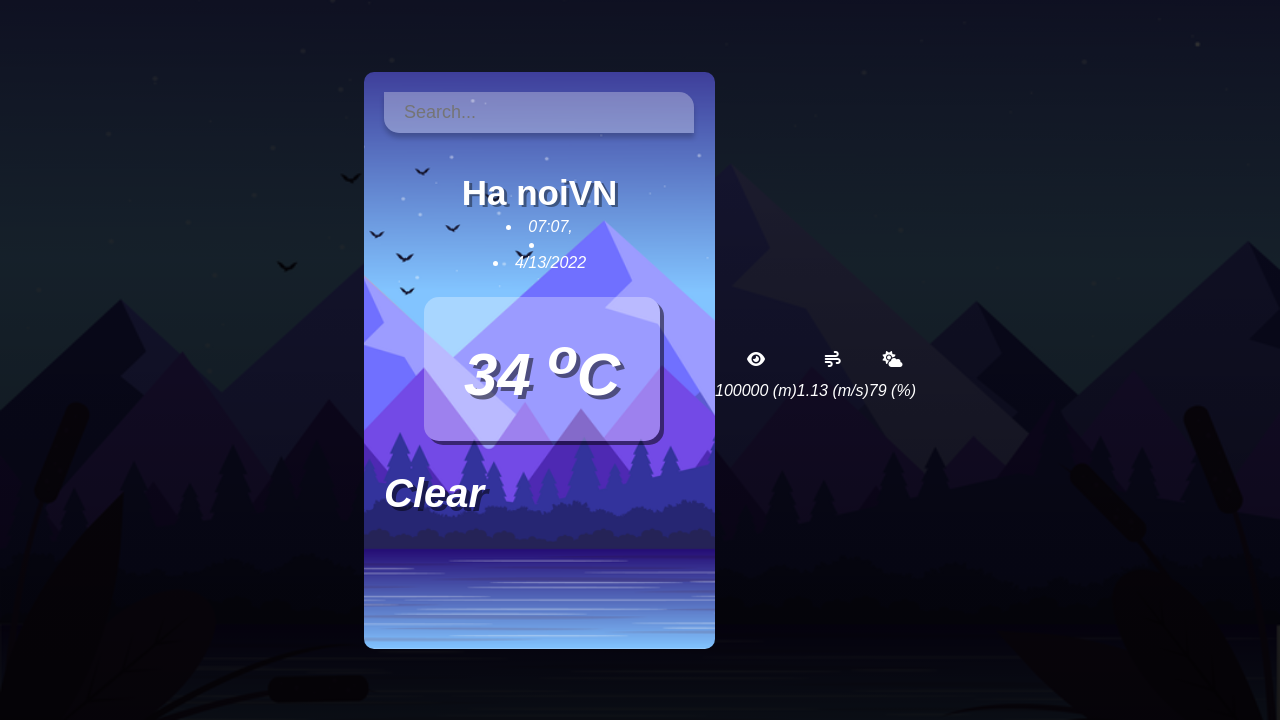
Repository: nganha241/weather-app
Page: index.html
The author's editor kept a copy of each file at every save. The page is drawn from the files as they stood at one save, then again after the next save.
The browser window is 1280 px wide. The pictures show the whole page.
The page's requests for data from a server got no answer. Some web libraries are served in a nearby version.

Above is the page before, as saved 2022-04-14 09:34:04.

### index.html
<!DOCTYPE html>
<html lang="en">
  <head>
    <meta charset="UTF-8" />
    <meta http-equiv="X-UA-Compatible" content="IE=edge" />
    <meta name="viewport" content="width=device-width, initial-scale=1.0" />
    <title>Document</title>
    <link rel="stylesheet" href="./style.css" />
  </head>
  <body>
    <div id="weather">
      <div class="header">
        <input type="text" placeholder="Search..." />
      </div>
      <div class="content">
        <div class="capital">
          <li class="city">Ha noi</li>
          <li class="country">VN</li>
        </div>

       <i class="timedate">
        <li class="time">07:07, <li>
        <li class="date">4/13/2022</li>
       </div>
        <div class="deg">
          <p>34 <sup>o</sup> C</p>
        </div>
        <div class="status">Clear</div>
      </div>
      <div class="footer">
        <div class="detail">
          <div class="distance">
            <div><i class="fa-solid fa-eye"></i></div>
            <div class="value">100000 <span>(m)</span></div>
          </div>
          <div class="speed">
            <div><i class="fa-solid fa-wind"></i></div>
            <div class="value">1.13 <span>(m/s)</span></div>
          </div>
          <div class="humidity">
            <div><i class="fa-solid fa-cloud-sun"></i></div>
            <div class="value">79 <span>(%)</span></div>
          </div>
        </div>
      </div>
    </div>
    <script
      src="https://kit.fontawesome.com/ae971d7ee0.js"
      crossorigin="anonymous"
    ></script>
    <script src="./main.js"></script>
  </body>
</html>

### style.css
* {
    padding: 0;
    margin: 0;
    box-sizing: border-box;
}

body {
    font-family: sans-serif;
    height: 100vh;
    display: flex;
    justify-content: center;
    align-items: center;
    background: linear-gradient(to top, rgba(0, 0, 0, 0.9), rgba(0, 0, 0, 0.8)), url(./img1.png) no-repeat center/cover;
    color: #fff;
}

#weather {
    padding: 20px;
    width: 351px;
    height: 577px;
    border: none;
    border-radius: 10px;
    background: url(./img1.png) no-repeat center/cover;
    position: relative;
}

.header input{
    width: 310px;
    height: 41px;
    border-radius: 0px 15px 0px 15px;
    border: none;
    background: rgba(255, 255, 255, 0.3);
    box-shadow: 0px 5px 5px rgba(0, 0, 0, 0.2);
    outline: none;
    font-size: 18px;
    padding: 0 20px;
    transition: 0.4s;
}

.header input:focus {
    border-radius: 15px 0px 15px 0px;
    background: rgba(255, 255, 255, 0.7);
}

.content {
    margin-top: 40px;
    text-align: center;
}

.capital {
    display: flex;
    justify-content: center;
    font-size: 35px;
    font-weight: 600;
    text-shadow: 3px 2px rgba(0, 0, 0, 0.4);
}

.capital li {
    list-style: none;
}

.time {
    margin-top: 5px;
}

.deg {
    width: 236px;
    height: 144px;
    border-radius: 15px;
    background: rgba(255, 255, 255, 0.3);
    box-shadow: 4px 4px rgba(0, 0, 0, 0.5);
    display: flex;
    justify-content: center;
    align-items: center;
    margin-top: 25px;
    margin-left: 40px;
}

.deg p {
    font-size: 60px;
    font-weight: 800;
    text-shadow: 4px 4px rgba(0, 0, 0, 0.5) ;
}

.deg p sup {
    margin-right: -18px;
}

.status {
    margin-top: 30px;
    font-size: 40px;
    font-weight: 700;
    text-shadow: 4px 4px rgba(0, 0, 0, 0.5) ;
}

.footer {
    margin-top: 30px;
}

.detail {
    display: flex;
    justify-content: space-between;
    align-items: center;
    text-align: center;
}

.detail .fa-solid {
   padding-bottom: 15px;
}

### main.js
const search = document.querySelector("input");
const city = document.querySelector(".city");
const country = document.querySelector(".country");
const deg = document.querySelector(".deg p");
const status = document.querySelector(".status");
const distance = document.querySelector(".distance value");
const speed = document.querySelector(".speed value");
const humidity = document.querySelector(".humidity value");
console.log(country);
async function changeWeatherUI() {
  // const val = search.value.trim();
  const val = "Tokyo";
  let apiUrl = `https://api.openweathermap.org/data/2.5/weather?q=${val}&appid=7db7f7f1454b662870a48eb474a823f9`;

  let data = await fetch(apiUrl).then((res) => res.json());
  console.log(data);

  city.innerText = data.name + " ,  ";
  country.innerText = data.sys.country;
}

changeWeatherUI();

After the next save:
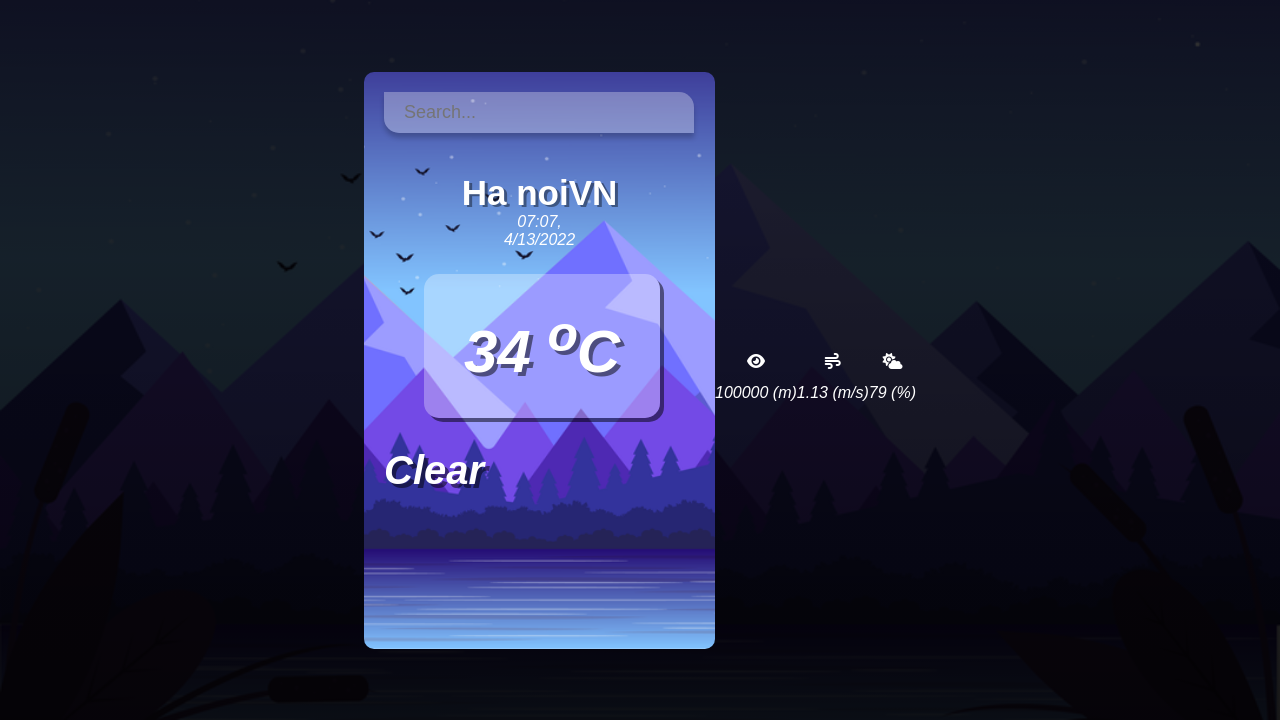
Saved 14 s later.
--- a/style.css
+++ b/style.css
@@ -59,8 +59,12 @@ body {
     list-style: none;
 }
 
-.time {
+.timedate {
     margin-top: 5px;
+}
+
+.timedate li {
+    list-style: none;
 }
 
 .deg {
